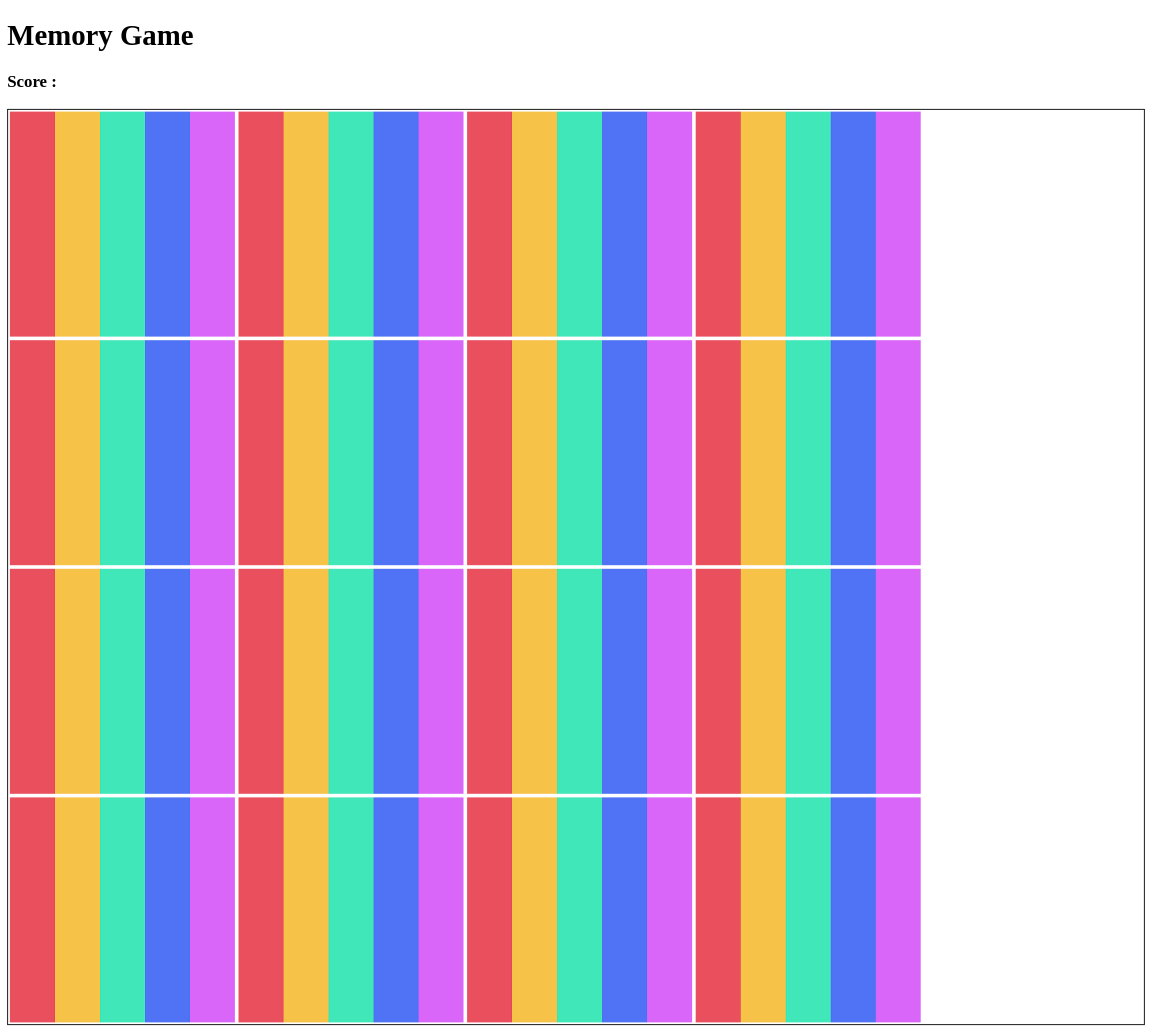
Repository: divyaravada/javascript-games
Page: memory-game/memorygame.html
These files come from the project's save history. The page is drawn as it stood at one moment and after the next save; the edit follows.
The browser window is 1280 px wide. The pictures show the whole page, at 90% of full size.

Above is the page before, as saved 2022-03-15 16:19:19.

After the next save:
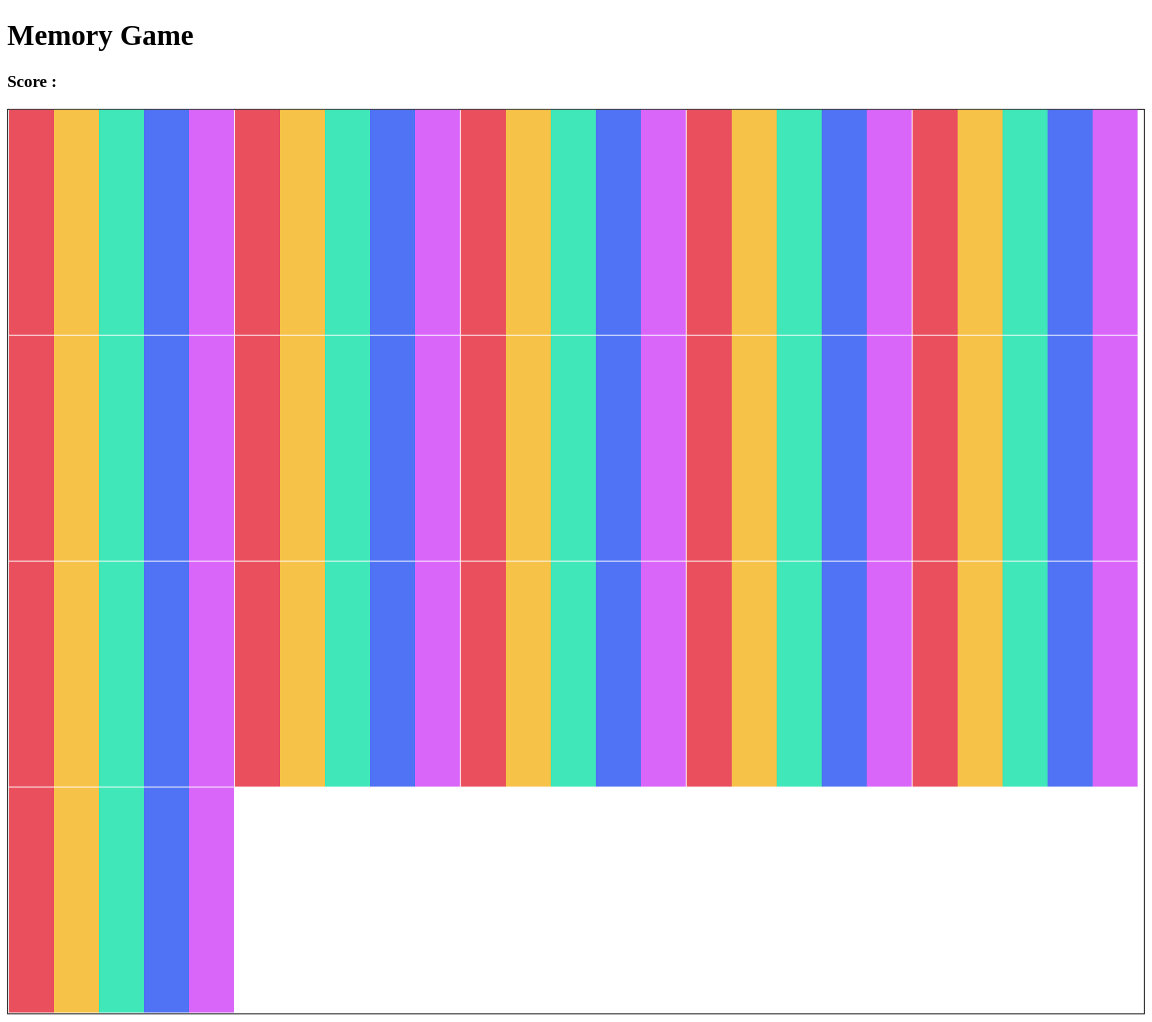
Saved 10 s later.
--- a/memory-game/memorystyle.css
+++ b/memory-game/memorystyle.css
@@ -6,5 +6,5 @@
 #grid img {
   width: 250px;
   height: 250px;
-  padding: 2px;
+  padding: 0.5px;
 }
